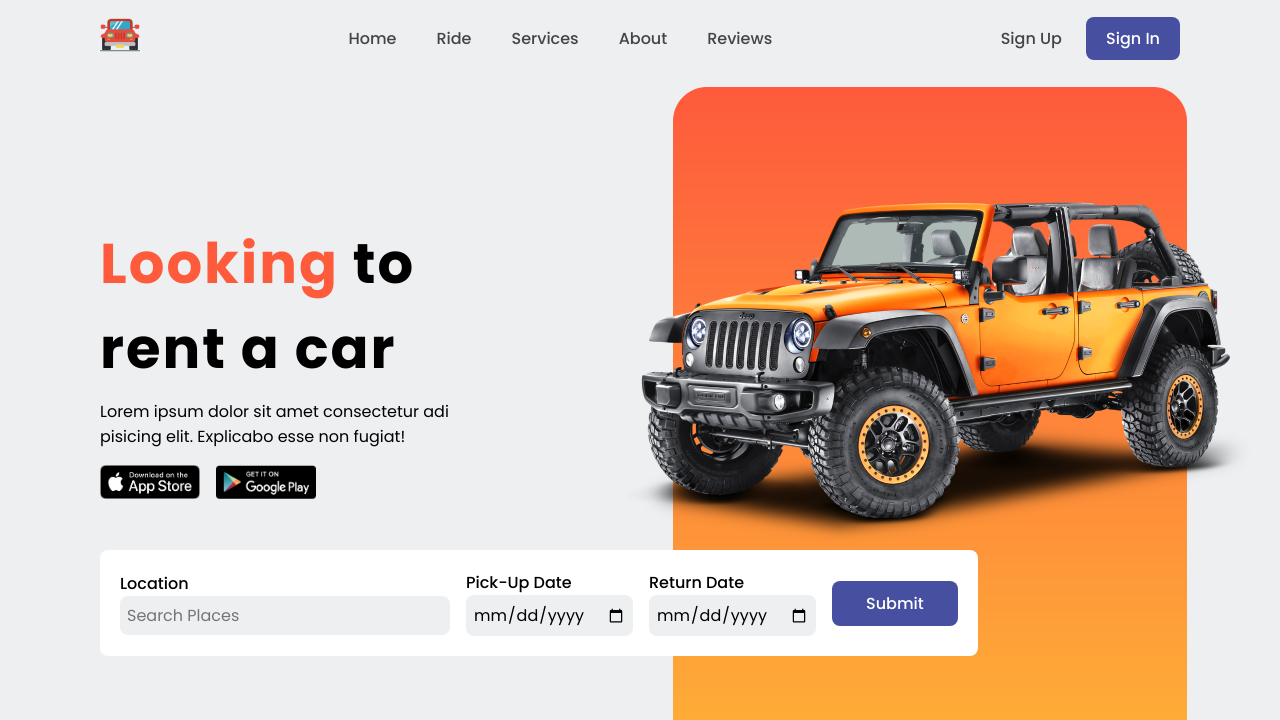
Repository: douglasabnovato/car-rental
Page: index.html
The author's editor kept a copy of each file at every save. The page is drawn from the files as they stood at one save, then again after the next save.
The browser window is 1280 px wide. The pictures show the whole page.

Above is the page before, as saved 2025-05-16 13:20:43.

### index.html
<!DOCTYPE html>
<html lang="en">
  <head>
    <meta charset="UTF-8" />
    <meta name="viewport" content="width=device-width, initial-scale=1.0" />
    <title>Car Rental</title>
    <link
      rel="stylesheet"
      href="https://cdn.jsdelivr.net/npm/boxicons@latest/css/boxicons.min.css"
    />
    <link rel="stylesheet" href="./style.css" />
  </head>
  <body>
    <!-- Header -->
    <header>
      <a href="#" class="logo"
        ><img src="./assets/jeep.png" alt="logo da car rental" srcset=""
      /></a>
      <div class="bx bx-menu" id="menu-icon"></div>
      <ul class="navbar">
        <li><a href="#home">Home</a></li>
        <li><a href="#ride">Ride</a></li>
        <li><a href="#services">Services</a></li>
        <li><a href="#about">About</a></li>
        <li><a href="#reviews">Reviews</a></li>
      </ul>
      <div class="header-btn">
        <a href="#" class="sign-up">Sign Up</a>
        <a href="#" class="sign-in">Sign In</a>
      </div>
    </header>

    <!-- Home -->
    <section class="home" id="home">
      <div class="text">
        <h1>
          <span>Looking</span> to <br />
          rent a car
        </h1>
        <p>
          Lorem ipsum dolor sit amet consectetur adi <br />
          pisicing elit. Explicabo esse non fugiat!
        </p>
        <div class="app-stores">
          <img src="./assets/ios.png" alt="" />
          <img src="./assets/play.png" alt="" />
        </div>
      </div>
      <div class="form-container">
        <form action="">
          <div class="input-box">
            <span>Location</span>
            <input type="search" name="" id="" placeholder="Search Places" />
          </div>
          <div class="input-box">
            <span>Pick-Up Date</span>
            <input type="date" name="" id="" />
          </div>
          <div class="input-box">
            <span>Return Date</span>
            <input type="date" name="" id="" />
          </div>
          <input type="submit" name="" id="" class="btn" />
        </form>
      </div>
    </section>

    <!-- Ride -->

    <!-- Link to JS -->
    <script src="./script.js"></script>
  </body>
</html>

### style.css
@import url("https://fonts.googleapis.com/css2?family=Noto+Sans:ital,wght@0,100..900;1,100..900&family=Poppins:ital,wght@0,100;0,200;0,300;0,400;0,500;0,600;0,700;0,800;0,900;1,100;1,200;1,300;1,400;1,500;1,600;1,700;1,800;1,900&display=swap");

* {
  margin: 0;
  padding: 0;
  box-sizing: border-box;
  scroll-padding-top: 2rem;
  scroll-behavior: smooth;
  list-style: none;
  text-decoration: none;
  font-family: "Poppins", sans-serif;
}

:root {
  --main-color: #fe5b3d;
  --second-color: #ffac38;
  --text-color: #444;
  --gradient: linear-gradient(#fe5b3d, #ffac38);
}

html::-webkit-scrollbar {
  width: 0.5rem;
}

html::-webkit-scrollbar-track {
  background: transparent;
}

html::-webkit-scrollbar-thumb {
  background: var(--main-color);
  border-radius: 5rem;
}

section {
  padding: 50px 100px;
}

/* Header */

header {
  position: fixed;
  width: 100%;
  top: 0;
  right: 0;
  z-index: 1000;
  display: flex;
  align-items: center;
  justify-content: space-between;
  background: #eeeff1;
  padding: 15px 100px;
}

.logo img {
  width: 40px;
}

.navbar {
  display: flex;
}

.navbar li {
  position: relative;
}

.navbar a {
  font-size: 1rem;
  padding: 10px 20px;
  color: var(--text-color);
  font-weight: 500;
}

.navbar a:after {
  content: "";
  width: 0;
  height: 3px;
  background: var(--gradient);
  position: absolute;
  bottom: -4px;
  left: 0;
  transition: 0.5s;
}

.navbar a:hover::after {
  width: 100%;
}

#menu-icon {
  font-size: 24px;
  cursor: pointer;
  z-index: 10001;
  display: none;
}

.header-btn a {
  padding: 10px 20px;
  color: var(--text-color);
  font-weight: 500;
}

.header-btn .sign-in {
  background: #474fa0;
  color: #fff;
  border-radius: 0.5rem;
}

.header-btn .sign-in:hover {
  background: var(--main-color);
}

/* Home */
.home {
  width: 100%;
  min-height: 100vh;
  position: relative;
  background: url(./assets/Car\ Website\ –\ 1@2x.png);
  background-repeat: no-repeat;
  background-position: center right;
  background-size: cover;
  display: grid;
  align-items: center;
  grid-template-columns: repeat(2, 1fr);
}

.text h1 {
  font-size: 3.5rem;
  letter-spacing: 2px;
}

.text span {
  color: var(--main-color);
}

.text p {
  margin: 0.5rem 0 1rem;
}

.app-stores {
  display: flex;
}

.app-stores img {
  width: 100px;
  margin-right: 1rem;
  cursor: pointer;
}

.form-container form {
  display: flex;
  flex-wrap: wrap;
  align-items: center;
  gap: 1rem;
  position: absolute;
  bottom: 4rem;
  left: 100px;
  background: #fff;
  padding: 20px;
  border-radius: 0.5rem;
}

.input-box {
  flex: 1 1 7rem;
  display: flex;
  flex-direction: column;
}

.input-box span {
  font-weight: 500;
}

.input-box input {
  padding: 7px;
  outline: none;
  border: none;
  background: #eeeff1;
  border-radius: 0.5rem;
  font-size: 1rem;
}

.form-container form .btn {
  flex: 1 1 7rem;
  padding: 10px 34px;
  border: none;
  border-radius: 0.5rem;
  background: #474fa0;
  color: #fff;
  font-size: 1rem;
  font-weight: 500;
}

.form-container form .btn:hover {
  background: var(--main-color);
  cursor: pointer;
}

/* Ride */
.heading {
  text-align: center;
}

.heading span {
  font-weight: 500;
  text-transform: uppercase;
}

.heading h1 {
  font-size: 2rem;
}

Loaded but not shown: script.js (no stored copy; drawn as an empty file)

After the next save:
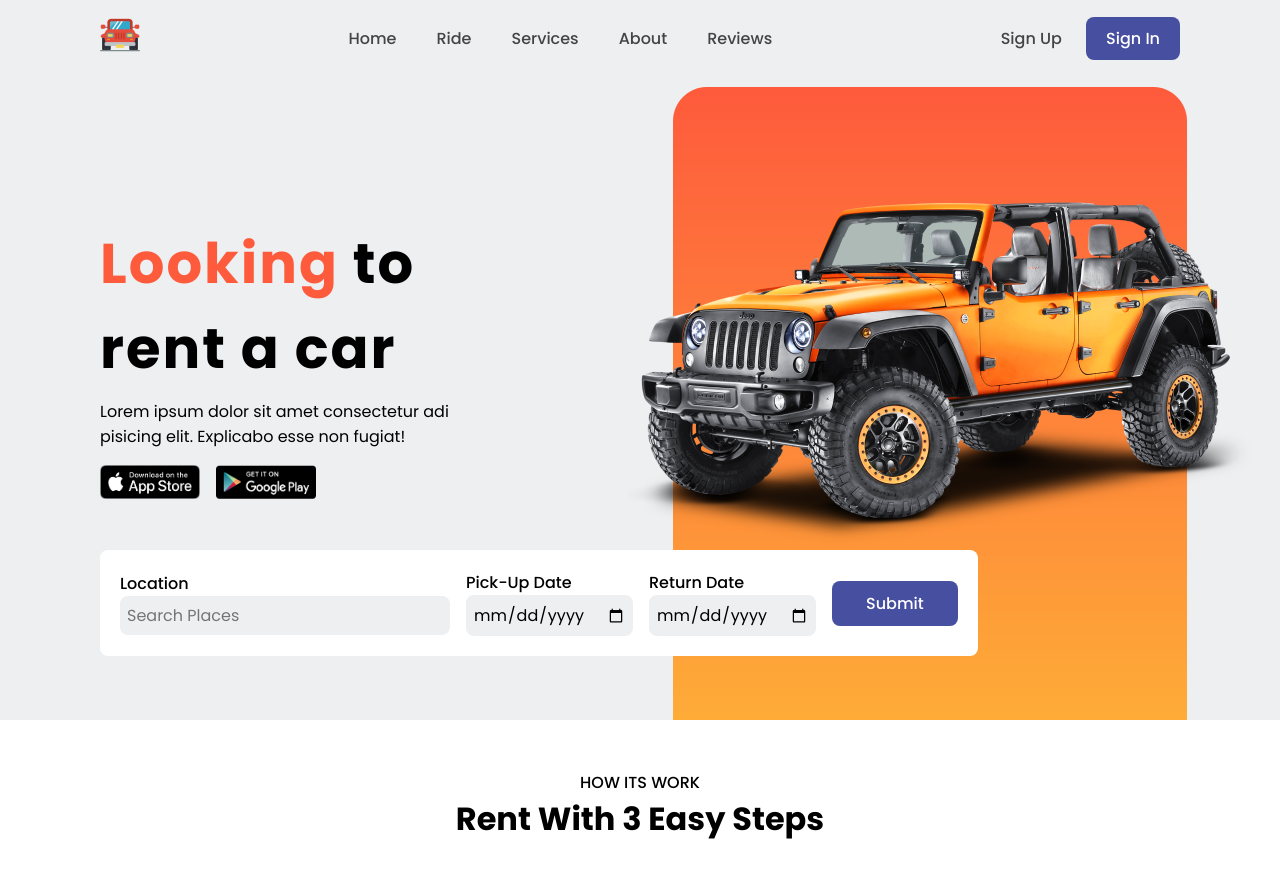
Saved 69 s later.
--- a/index.html
+++ b/index.html
@@ -66,6 +66,12 @@
     </section>
 
     <!-- Ride -->
+    <section class="ride" id="ride">
+      <div class="heading">
+        <span>How Its Work</span>
+        <h1>Rent With 3 Easy Steps</h1>
+      </div>
+    </section>
 
     <!-- Link to JS -->
     <script src="./script.js"></script>
